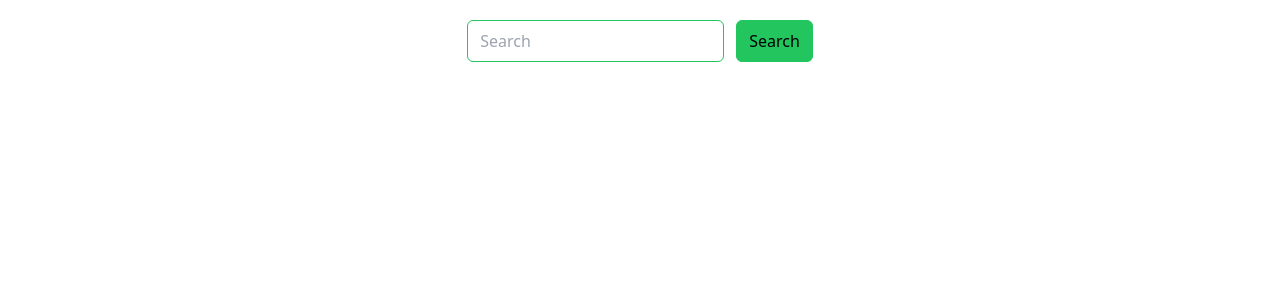
Repository: kimhieu153255/Image-search-app
Page: /
An editor plug-in stored every save of this project. The page is shown before and after the next save, followed by the edit.
The browser window is 1280 px wide. The pictures show the whole page.
The page's requests for data from a server got no answer. The project was rebuilt for these pictures with package versions that can differ from the ones it lists, and the page was loaded fresh each time. No one was signed in, and anything a server would have sent is missing. Also part of the build but not shown: vite.config.js, src/Components/Card/Card.jsx.

Above is the page before, as saved 2023-10-27 01:17:10.

### index.html
<!doctype html>
<html lang="en">
  <head>
    <meta charset="UTF-8" />
    <link rel="icon" type="image/svg+xml" href="/vite.svg" />
    <meta name="viewport" content="width=device-width, initial-scale=1.0" />
    <title>20120474-LeKimHieu</title>
  </head>
  <body>
    <div id="root"></div>
    <script type="module" src="/src/main.jsx"></script>
  </body>
</html>

### src/main.jsx
import React from "react";
import ReactDOM from "react-dom/client";
import App from "./App.jsx";
import "./index.css";
import { DataProvider } from "./Components/Contexts/Data.jsx";

ReactDOM.createRoot(document.getElementById("root")).render(
  <React.StrictMode>
    <DataProvider>
      <App />
    </DataProvider>
  </React.StrictMode>
);

### src/App.jsx
import { useContext, useEffect } from "react";
import CardList from "./Components/Card/CardList";
import Search from "./Components/Search/Search";
import { DataContext } from "./Components/Contexts/Data";

function App() {
  const { setDataFuncRef, page, isLoading } = useContext(DataContext);

  useEffect(() => {
    const handleScroll = () => {
      const scrollY = window.scrollY || window.pageYOffset;
      const windowHeight = window.innerHeight;
      const viewHeight = document.body.scrollHeight;
      if (scrollY + windowHeight >= viewHeight)
        setDataFuncRef.current(page + 1);
    };
    window.addEventListener("scroll", handleScroll);
    return () => {
      window.removeEventListener("scroll", handleScroll);
    };
  }, [page, setDataFuncRef]);

  return (
    <div className="w-full relative">
      <div className="flex flex-col items-center gap-5 my-5">
        <Search></Search>
        <CardList></CardList>
        {isLoading && (
          <div className="inset-0 backdrop-blur-sm">
            <div className="inline-block h-16 w-16 animate-spin rounded-full border-4 border-solid border-r-transparent align-[-0.125em] text-secondary motion-reduce:animate-[spin_1.5s_linear_infinite] border-blue-500 absolute top-1/2 left-1/2 backdrop-blur-[2px]">
              <span className="!absolute !-m-px !h-px !w-px !overflow-hidden !whitespace-nowrap !border-0 !p-0 ![clip:rect(0,0,0,0)]"></span>
            </div>
          </div>
        )}
      </div>
    </div>
  );
}

export default App;

### src/Components/Contexts/Data.jsx
import { createContext, useRef, useState } from "react";
import AxiosInstance from "../Axios/AxiosInstance";
const DataContext = createContext();

const DataProvider = (props) => {
  const [data, setData] = useState([]);
  const [page, setPage] = useState(1);
  const [isLoading, setIsLoading] = useState(false);
  const [search, setSearch] = useState("");
  const setDataFuncRef = useRef();

  const setDataFunc = async (pageTemp) => {
    try {
      const res = await AxiosInstance.get(`&query=${search}&page=${pageTemp}`);
      if (res) {
        const temp = res.data.results.map((item) => {
          return {
            id: item.id,
            alt_description: item.alt_description,
            url: item.urls.thumb,
          };
        });
        if (pageTemp === 1) {
          setData(temp);
          setPage(1);
        } else {
          setData((prev) => [...prev, ...temp]);
          setPage((prev) => prev + 1);
        }
        setIsLoading(false);
      }
    } catch (err) {
      console.log(err);
    }
  };
  setDataFuncRef.current = setDataFunc;

  const value = {
    data,
    setData,
    search,
    setSearch,
    page,
    setPage,
    setDataFuncRef,
    isLoading,
  };
  return <DataContext.Provider value={value} {...props}></DataContext.Provider>;
};

export { DataContext, DataProvider };

### src/Components/Card/CardList.jsx
import { useContext } from "react";
import { DataContext } from "../Contexts/Data";
import Card from "./Card";

const CardList = () => {
  const data = useContext(DataContext);
  return (
    <div className="grid sm:grid-cols-3 md:grid-cols-4 lg:grid-cols-5 gap-3">
      {data.data.map((item, ind) => (
        <Card key={ind} title={item.alt_description} src={item.url}></Card>
      ))}
    </div>
  );
};

export default CardList;

### src/Components/Search/Search.jsx
import { useContext } from "react";
import { DataContext } from "../Contexts/Data";

const Search = () => {
  const { setDataFuncRef, setSearch, search } = useContext(DataContext);
  return (
    <div className="flex gap-3">
      <input
        type="text"
        placeholder="Search"
        className="inline-block px-3 py-2 border border-green-500 rounded-md"
        onChange={(e) => {
          console.log(e.target.value, search);
          setSearch(e.target.value);
        }}
      />
      <button
        type="submit"
        className="px-3 py-2 bg-green-500 border border-green-500 hover:bg-green-600 hover:border-green-600 rounded-md"
        onClick={() => {
          setDataFuncRef.current(1);
        }}
      >
        Search
      </button>
    </div>
  );
};

export default Search;

### src/Components/Axios/AxiosInstance.jsx
import axios from "axios";
import KeyAPI from "../../KeyAPI";

const AxiosInstance = axios.create({
  baseURL: `https://api.unsplash.com/search/photos?client_id=${KeyAPI.Access_Key}&per_page=20`,
});

export default AxiosInstance;

### src/KeyAPI.js
const KeyAPI = {
  Access_Key: "7Lcwlh9DbVauadS0QCdraGyZjRFFbjqd0XSuBE-jzFM",
  Secret_key: "nPKRLW2TfslTWSn-oJcRIoZNJ9j4_6ySiHVUvNd4sGY",
};
export default KeyAPI;

Loaded but not shown: src/index.css (common file); tailwind.config.js (common file)

After the next save:
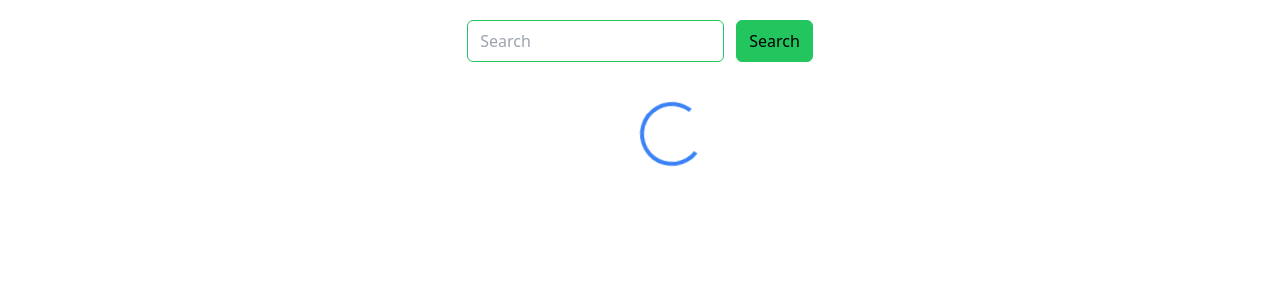
Saved 14 s later.
--- a/src/Components/Contexts/Data.jsx
+++ b/src/Components/Contexts/Data.jsx
@@ -11,6 +11,7 @@ const DataProvider = (props) => {
 
   const setDataFunc = async (pageTemp) => {
     try {
+      setIsLoading(true);
       const res = await AxiosInstance.get(`&query=${search}&page=${pageTemp}`);
       if (res) {
         const temp = res.data.results.map((item) => {
@@ -27,7 +28,6 @@ const DataProvider = (props) => {
           setData((prev) => [...prev, ...temp]);
           setPage((prev) => prev + 1);
         }
-        setIsLoading(false);
       }
     } catch (err) {
       console.log(err);

After the 2 saves that followed:
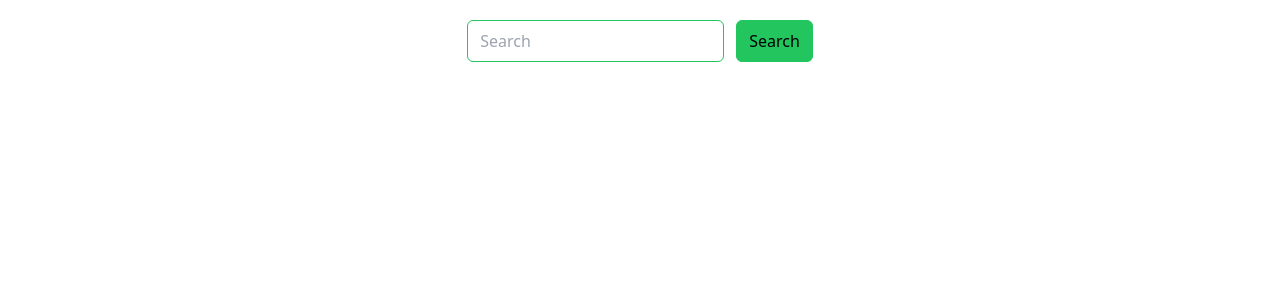
The 2 saves are shown as one change because 1 left the picture as it was.
The last was saved 45 s later.
--- a/src/App.jsx
+++ b/src/App.jsx
@@ -2,9 +2,11 @@ import { useContext, useEffect } from "react";
 import CardList from "./Components/Card/CardList";
 import Search from "./Components/Search/Search";
 import { DataContext } from "./Components/Contexts/Data";
+import { set } from "lodash";
 
 function App() {
-  const { setDataFuncRef, page, isLoading } = useContext(DataContext);
+  const { setDataFuncRef, page, isLoading, setIsLoading } =
+    useContext(DataContext);
 
   useEffect(() => {
     const handleScroll = () => {
@@ -13,6 +15,7 @@ function App() {
       const viewHeight = document.body.scrollHeight;
       if (scrollY + windowHeight >= viewHeight)
         setDataFuncRef.current(page + 1);
+      setIsLoading(false);
     };
     window.addEventListener("scroll", handleScroll);
     return () => {
--- a/src/Components/Contexts/Data.jsx
+++ b/src/Components/Contexts/Data.jsx
@@ -44,6 +44,7 @@ const DataProvider = (props) => {
     setPage,
     setDataFuncRef,
     isLoading,
+    setIsLoading,
   };
   return <DataContext.Provider value={value} {...props}></DataContext.Provider>;
 };
